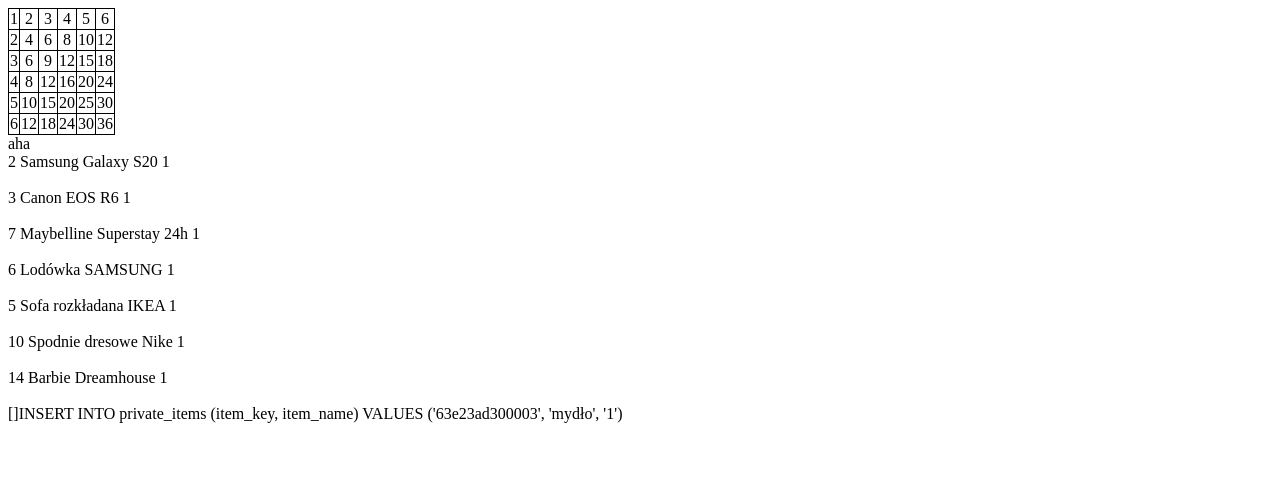
Repository: alphatra/Task-menager
Page: http://localhost/php/src/views/test.php
These files come from the project's save history. The page is drawn as it stood at one moment and after the next save; the edit follows.
The browser window is 1280 px wide. The pictures show the whole page.
The page is run by PHP 8.4 with error messages shown; the project is at /var/www/html/. Queries for data that is not in the repository find no rows.

Above is the page before, as saved 2023-02-11 16:57:05.

After the next save:
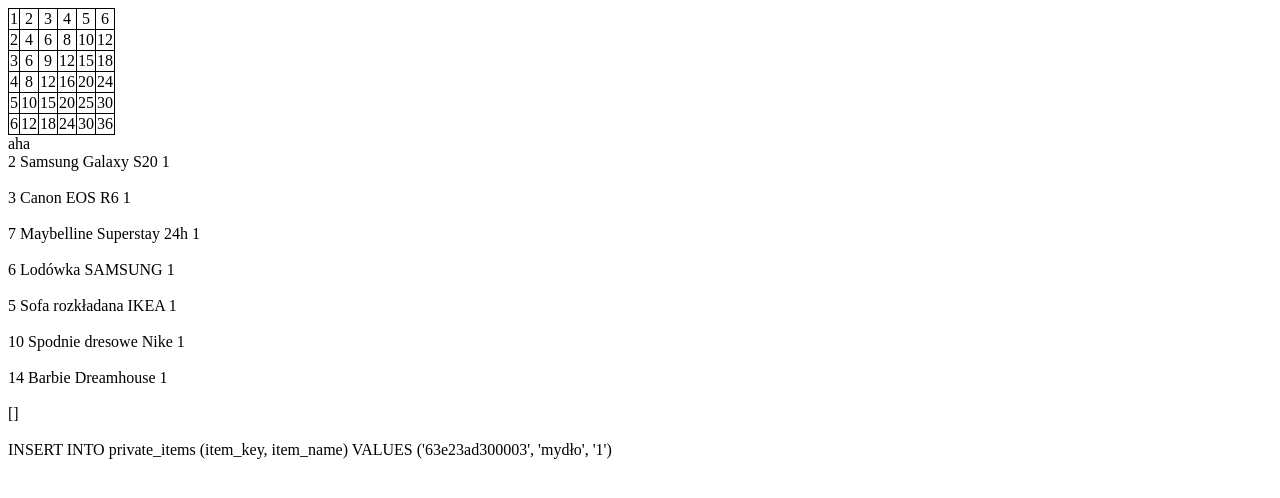
Saved 63 s later.
--- a/php/src/views/test.php
+++ b/php/src/views/test.php
@@ -90,6 +90,7 @@
 
 echo $db->getData('products');
 //echo $db->searchData('list','','');
-
+echo "<br>";
+echo "<br>";
 echo $db->addPrivateItem(uniqid(),'mydło',1);
 ?>
